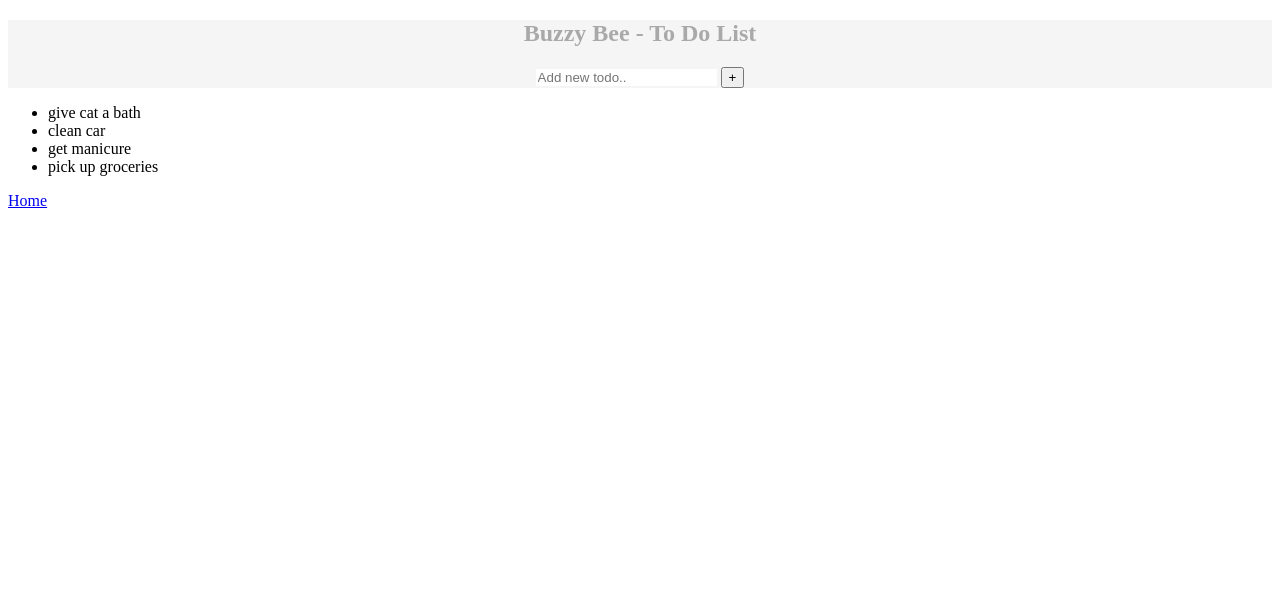
Repository: seleniadelgado/backend-spring2020-angie
Page: projects/todo/public_html/index.html
The author's editor kept a copy of each file at every save. The page is drawn from the files as they stood at one save, then again after the next save.
The browser window is 1280 px wide. The pictures show the whole page.
The page's requests for data from a server got no answer.

Above is the page before, as saved 2020-05-12 15:44:22.

### projects/todo/public_html/index.html
<!DOCTYPE html>

<html lang="en">
    <head>
        <meta charset="utf-8">
        <title>Buzzy Bee - To Do List</title>
        <meta name="description" content="The HTML5 Herald">
        <meta name="author" content="SitePoint">
        <link rel="stylesheet" href="styles.css">
        <script
            src="https://code.jquery.com/jquery-3.5.0.min.js"
            integrity="sha256-xNzN2a4ltkB44Mc/Jz3pT4iU1cmeR0FkXs4pru/JxaQ="
            crossorigin="anonymous">
        </script>
</head>
<body>
    <div class="sectionTitle">
        <div class="appTitle">
            <h2>Buzzy Bee - To Do List</h2>
        </div>
        <div id="addNote">
            <input type="text" id="newNote" placeholder="Add new todo..">
            <button class="addBtn">+</button>
        </div>
    </div>

    <ul id="myList">
        <li>give cat a bath</li>
        <li>clean car</li>
        <li>get manicure</li>
        <li>pick up groceries</li>
    </ul>





















    <a href="http://localhost:3000/">Home</a>



    <script>
        $(document).ready(() => {
            let objectToSend = {
                note: "Do somethings",
                author: "Nick"
            }

            $.post("http://localhost:3000/newNote", objectToSend, (dataToGet) => {
                console.log(dataToGet);
            });
            $.post("http://localhost:3000/readNotes", {}, (dataToGet) => {
                let allNotesArray = dataToGet.notes;

                console.log(allNotesArray);
            })
        })

        //import the data from default user
        // make JSON into JS with parse.
        //with the list we want to populate our ul.
        //use jquery to access the dom, grab the string
        //loop over notes
        //add the note as an li to the ul
        //  Create li with jquery.
        //  target the ul with jquery and append the li.
        //note: $('<li></li>'')
        //      $('ul') -> a jquery list which holds the ul.
        //      get 1st element from the array

    </script>
</body>
</html>

### projects/todo/public_html/styles.css
html {
    background: linear-gradient(#74ebd5 #ACB6E5);
    height: 100%;
}

.sectionTitle {
    background-color: whitesmoke;
    text-align: center;
}

.appTitle {
    color: darkgray;
}
#addNote #newNote {
    border: none;
}

After the next save:
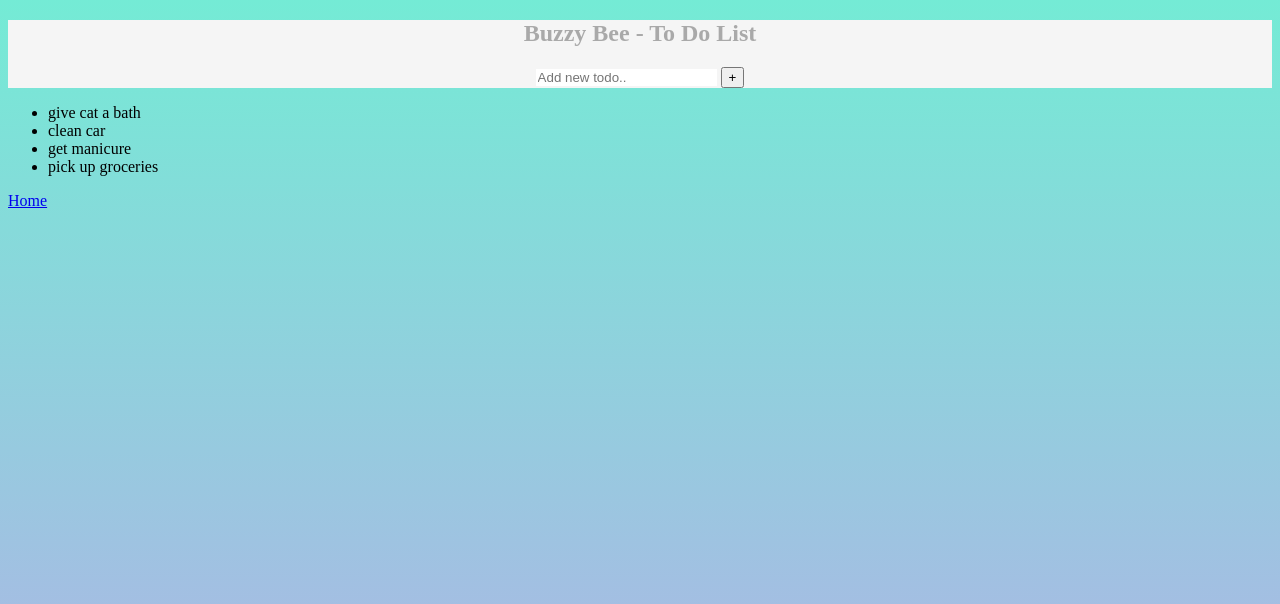
Saved 14 s later.
--- a/projects/todo/public_html/styles.css
+++ b/projects/todo/public_html/styles.css
@@ -1,5 +1,5 @@
 html {
-    background: linear-gradient(#74ebd5 #ACB6E5);
+    background: linear-gradient(#74ebd5, #ACB6E5);
     height: 100%;
 }
 
